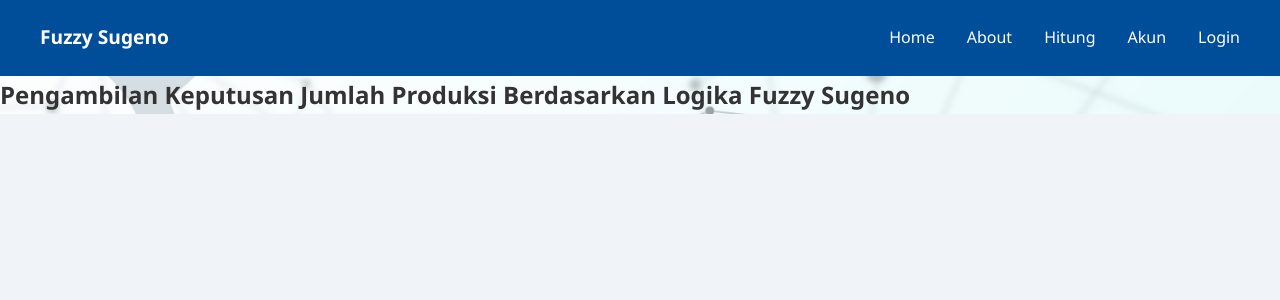
Repository: Senicccc/Defuzzy-Sugeno
Page: http://localhost/
These files come from the project's save history. The page is drawn as it stood at one moment and after the next save; the edit follows.
The browser window is 1280 px wide. The pictures show the whole page.
The page is run by PHP 8.4 with error messages shown; the project is at /var/www/html/.

Above is the page before, as saved 2025-06-09 11:15:03.

After the next save:
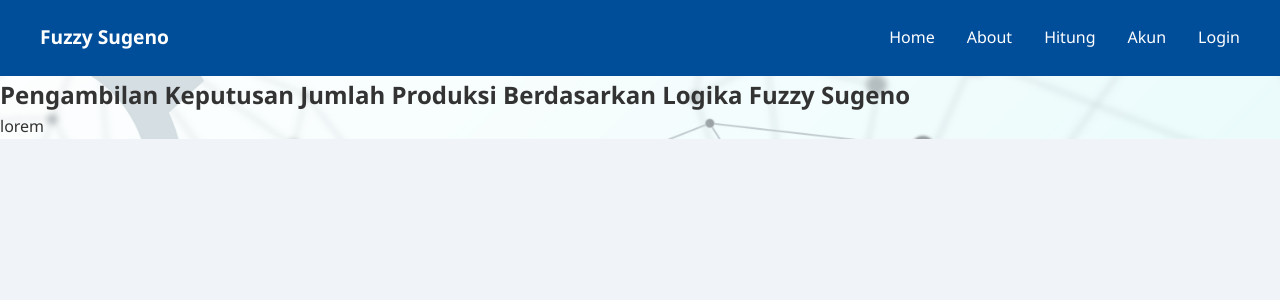
Saved 7 s later.
--- a/index.php
+++ b/index.php
@@ -17,7 +17,7 @@
 
     <section class="about" style="background: url('img/menu-bg.jpg') center center/cover no-repeat;">
         <h1>Pengambilan Keputusan Jumlah Produksi Berdasarkan Logika Fuzzy Sugeno</h1>
-        <p></p>
+        <p>lorem</p>
     </section>
 
 </body>
